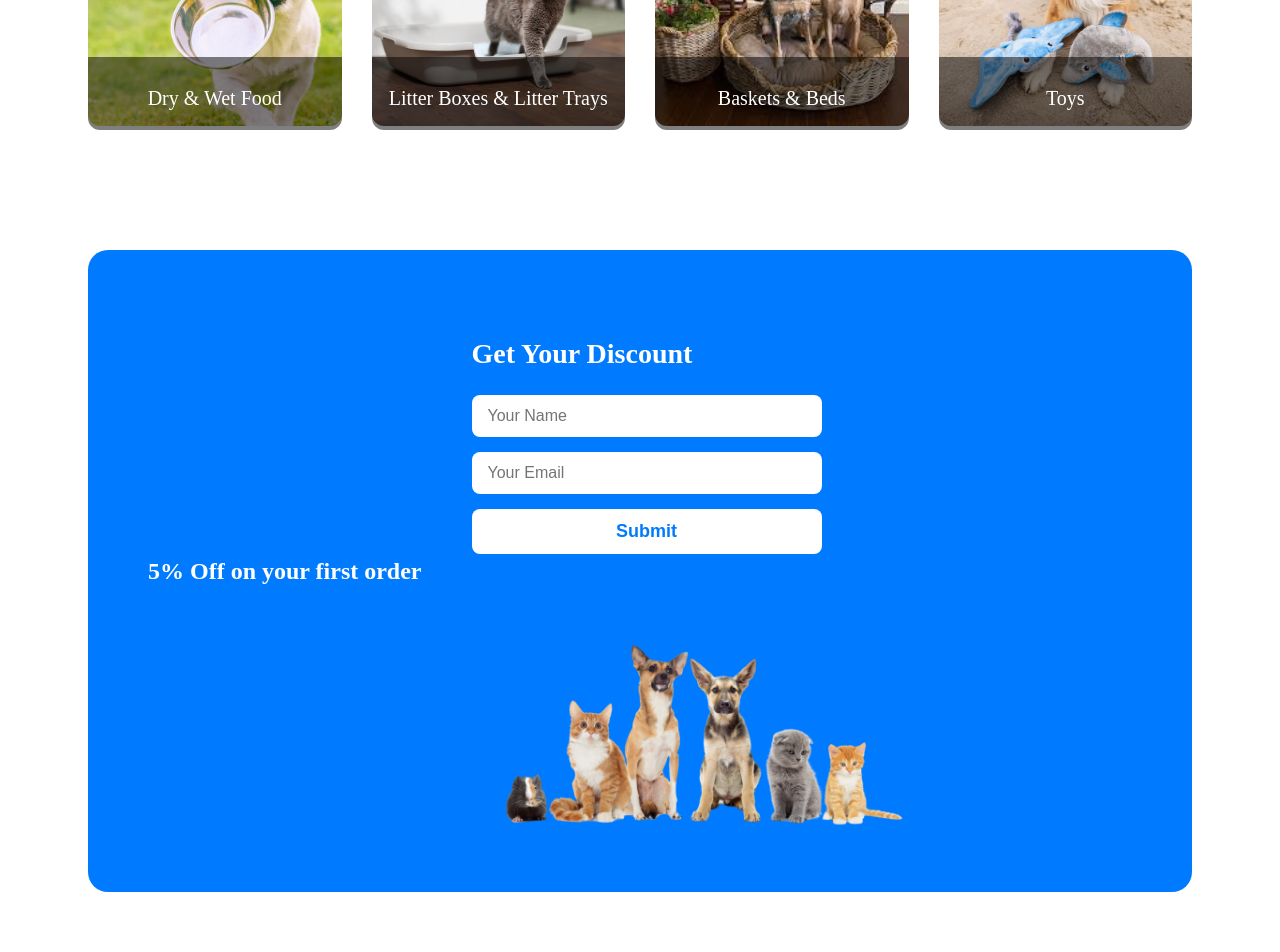
Repository: JuliiaJuliia/pet-shop-frontend
Page: / (app in pet-shop-frontend/)
An editor plug-in stored every save of this project. The page is shown before and after the next save, followed by the edit.
The browser window is 1280 px wide. The pictures show the part of the page from y = 917 to 1869 px (the page is 1869 px tall before and 1731 px after).
The project was rebuilt for these pictures with package versions that can differ from the ones it lists, and the page was loaded fresh each time. Also part of the build but not shown: pet-shop-frontend/vite.config.js, pet-shop-frontend/src/pages/CheckoutPage.jsx, pet-shop-frontend/src/api/axios.js, pet-shop-frontend/src/components/ProductList.jsx.

Above is the page before, as saved 2025-11-06 14:28:07.

### pet-shop-frontend/index.html
<!doctype html>
<html lang="en">
  <head>
    <meta charset="UTF-8" />
    <link rel="icon" type="image/svg+xml" href="/vite.svg" />
    <meta name="viewport" content="width=device-width, initial-scale=1.0" />
    <title>pet-shop-frontend</title>
  </head>
  <body>
    <div id="root"></div>
    <script type="module" src="/src/main.jsx"></script>
  </body>
</html>

### pet-shop-frontend/src/main.jsx
import HomePage from "./pages/HomePage";
import CheckoutPage from "./pages/CheckoutPage";
import React from "react";
import ReactDOM from "react-dom/client";
import { BrowserRouter, Routes, Route } from "react-router-dom";
import Header from "./components/Header/Header.jsx";
import ProductList from "./components/ProductList";

function Categories() {
  return <h2 style={{ textAlign: "center" }}>Categories Page</h2>;
}

function Sales() {
  return <h2 style={{ textAlign: "center" }}>Sales Page</h2>;
}

function Cart() {
  return <h2 style={{ textAlign: "center" }}>Your Cart is empty</h2>;
}

ReactDOM.createRoot(document.getElementById("root")).render(
  <BrowserRouter>
    <Header />
    <Routes>
      <Route path="/" element={<HomePage />} />
      <Route path="/categories" element={<Categories />} />
      <Route path="/products" element={<ProductList />} />
      <Route path="/sales" element={<Sales />} />
      <Route path="/cart" element={<Cart />} />
    </Routes>
  </BrowserRouter>
);

### pet-shop-frontend/src/pages/HomePage.jsx
import React from "react";
import MainBanner from "../components/MainBanner";
import Categories from "../components/Categories";
import DiscountBanner from "../components/DiscountBanner"; // 👈 ось цей рядок

const HomePage = () => {
  return (
    <div>
      <MainBanner />
      <Categories />
      <DiscountBanner />   {/* 👈 він має бути тут */}
    </div>
  );
};

export default HomePage;

### pet-shop-frontend/src/components/Header/Header.jsx
import React from "react";
import { Link } from "react-router-dom";
import "./Header.css";

const Header = () => {
  return (
    <header className="header">
      <div className="header__logo">
        <Link to="/">PetShop 🐾</Link>
      </div>
      <nav className="header__nav">
        <Link to="/">Main Page</Link>
        <Link to="/categories">Categories</Link>
        <Link to="/products">All products</Link>
        <Link to="/sales">All sales</Link>
      </nav>
      <div className="header__cart">
        <Link to="/cart">
        <img src="/icon.svg" alt="Cart" className="header__cart-icon" />
        </Link>
</div>
    </header>
  );
};

export default Header;

### pet-shop-frontend/src/components/MainBanner.jsx
import React from "react";
import { Link } from "react-router-dom";
import "./MainBanner.css";

const MainBanner = () => {
  return (
    <section className="main-banner">
      <div className="main-banner__overlay">
        <div className="main-banner__content">
        <h1>Amazing Discounts <br /> on Pets Products!</h1>
        <Link to="/checkout" className="banner-btn">Check out</Link>
        </div>
      </div>
    </section>
  );
};

export default MainBanner;

### pet-shop-frontend/src/components/Categories.jsx
import React from "react";
import { Link } from "react-router-dom";
import "./Categories.css";

const categories = [
  { id: 1, name: "Dry & Wet Food", image: "/Dog.jpg" },
  { id: 2, name: "Litter Boxes & Litter Trays", image: "/Cat.jpg" },
  { id: 3, name: "Baskets & Beds", image: "/Dogs.jpg" },
  { id: 4, name: "Toys", image: "/Dog and Fish.jpg" },
];

const Categories = () => {
  return (
    <section className="categories">
      <div className="categories__header">
        <h2>Categories</h2>
        <div className="categories__line"></div>

        <Link to="/products" className="all-categories-btn">
          All categories
        </Link>
      </div>

      <div className="categories__grid">
        {categories.map((category) => (
          <div key={category.id} className="category-card">
            <img src={category.image} alt={category.name} />
            <div className="category-card__overlay">
              <p>{category.name}</p>
            </div>
          </div>
        ))}
      </div>
    </section>
  );
};

export default Categories;

### pet-shop-frontend/src/components/DiscountBanner.jsx
import React from "react";
import "./DiscountBanner.css";

const DiscountBanner = () => {
  return (
    <section className="discount-banner">
      <div className="discount-banner__content">
        <h2 className="discount-banner__title">5% Off on your first order</h2>

        <div className="discount-banner__form">
          <h3>Get Your Discount</h3>
          <form>
            <input type="text" placeholder="Your Name" required />
            <input type="email" placeholder="Your Email" required />
            <button type="submit">Submit</button>
          </form>

          <img src="/Pets.jpg" alt="pets" className="discount-banner__image" />
        </div>
      </div>
    </section>
  );
};

export default DiscountBanner;

### pet-shop-frontend/src/components/Header/Header.css
.header {
    display: flex;
    align-items: center;
    justify-content: space-between;
    padding: 20px 60px;
    background-color: #fff;
    box-shadow: 0 2px 5px rgba(0, 0, 0, 0.05);
    position: sticky;
    top: 0;
    z-index: 10;
  }

  .header__logo a {
    font-size: 40px;
    font-weight: 400;
    color: #3d3c3c;
    text-decoration: none;
    display: flex;
    align-items: center;
    gap: 10px;
  }

  .header__nav {
    display: flex;
    gap: 30px;
  }

  .header__nav a {
    font-size: 20px;
    text-decoration: none;
    color: #38383a;
    font-weight: 550;
    transition: 0.3s;
    cursor: url("data:[embedded picture, 129 characters]"), auto;
  }

  .header__nav a:hover {
    color: #24973bf3;
  }

  .cart-icon {
    font-size: 20px;
    text-decoration: none;
  }

  .header__cart-icon {
    width: 30px;
    height: 30px;
    object-fit: contain;
    transition: transform 0.3s ease;
    cursor: url("data:[embedded picture, 129 characters]"), auto;
  }

  .header__cart-icon:hover {
    transform: rotate(10deg) scale(1.15);
  }

### pet-shop-frontend/src/components/MainBanner.css
.main-banner {
  position: relative;
  width: 100%;
  height: 500px;
  background: url("/banner-dog.jpg") center/cover no-repeat;
  display: flex;
  align-items: center;
  justify-content: center;
  border-radius: 10px;
  overflow: hidden;
  margin-bottom: 60px;
}

/* Полупрозрачный шар поверх картинки */
.main-banner__overlay {
  background: rgba(0, 0, 0, 0.35);
  width: 100%;
  height: 100%;
  display: flex;
  align-items: center;
  justify-content: center;
}

/* Текст и кнопка */
.main-banner__content {
  text-align: left;
  color: #fff;
  max-width: 800px;
  padding: 0 40px;
  line-height: 1.1;
  white-space: normal;
  word-break: break-word;
}

.main-banner__content h1 {
  font-size: 54px;
  font-weight: 700;
  line-height: 1.2;
  margin-bottom: 40px;
}


.main-banner__button {
  background-color: #53b955df;
  color: rgb(255, 255, 255);
  border: none;
  border-radius: 6px;
  font-size: 18px;
  padding: 14px 30px;
  cursor: pointer;
  transition: all 0.3s ease;
  cursor: url("data:[embedded picture, 129 characters]"), auto;
}

.main-banner__button:hover {
  background-color: #24973b91;
  ;
  transform: scale(1.05);
}

.banner-btn {
  display: inline-block;
  background-color: #53b955df;
  color: white;
  border: none;
  border-radius: 6px;
  font-size: 18px;
  padding: 14px 30px;
  text-decoration: none;
  text-align: center;
  cursor: pointer;
  transition: all 0.3s ease;
}

.banner-btn:hover {
  background-color: #24973b91;
  transform: scale(1.05);
}

### pet-shop-frontend/src/components/Categories.css
.categories {
    padding: 0px 80px 60px;
    background-color: #fff;
  }

  .categories__title {
    font-size: 36px;
    font-weight: 600;
    margin-bottom: 30px;
    color: #222;
  }

  .categories__grid {
    display: grid;
    grid-template-columns: repeat(auto-fit, minmax(220px, 1fr));
    gap: 30px;
    justify-items: center;
  }

  .category-card {
    position: relative;
    width: 100%;
    max-width: 260px;
    border-radius: 12px;
    overflow: hidden;
    cursor: url("data:[embedded picture, 129 characters]"), auto;
    transition: transform 0.3s ease;
  }

  .category-card img {
    width: 100%;
    height: 260px;
    object-fit: cover;
    border-radius: 12px;
  }

  .category-card__overlay {
    position: absolute;
    display: flex;
    justify-content: center;
    align-items: center;
    text-align: center;
    bottom: 0;
    left: 0;
    right: 0;
    background: rgba(0, 0, 0, 0.5);
    color: #fff;
    font-size: 20px;
    font-weight: 500;
    padding-top: 10px;
    transition: background 0.3s ease;
  }

  .category-card:hover {
    transform: scale(1.05);
  }

  .category-card:hover .category-card__overlay {
    background: rgba(0, 0, 0, 0.7);
  }

  .categories__header {
    display: flex;
    align-items: center;
    justify-content: space-between;
    position: relative;
    margin-bottom: 30px;
  }

  .categories__header h2 {
    font-size: 35px;
    font-weight: 700;
    color: #222;
    letter-spacing: 1.5px;
    background-color: #fff;
    padding-right: 15px;
    z-index: 1;
  }

  .categories__line {
    position: absolute;
    left: 0;
    right: 0;
    height: 1px;
    background-color: #ddd;
    top: 50%;
    transform: translateY(-50%);
    z-index: 0;
  }

  .all-categories-btn {
    display: inline-flex;
    align-items: center;
    justify-content: center;
    background-color: #fff;
    border: 1px solid #ccc;
    border-radius: 6px;
    padding: 6px 14px;
    font-size: 13px;
    font-weight: 500;
    color: #333;
    text-decoration: none;
    outline: none;
    cursor: pointer;
    z-index: 1;
    transition: all 0.3s ease;
  }

  .all-categories-btn:hover {
    background-color: #53b955cd;
    color: #fff;
    border-color: #24973b91;
    transform: scale(1.05);
    cursor: url("/paw-cursor.png"), auto;
    cursor: url("data:[embedded picture, 129 characters]"), auto;
  }

### pet-shop-frontend/src/components/DiscountBanner.css
.discount-banner {
    background-color: #007bff;
    color: #fff;
    border-radius: 20px;
    margin: 60px 80px;
    padding: 60px;
    display: flex;
    justify-content: center;
    align-items: center;
    text-align: center;
  }

  /* Основний контейнер */
  .discount-banner__content {
    display: flex;
    justify-content: space-between;
    align-items: center;
    width: 100%;
    gap: 50px;
  }

  /* Ліва частина (текст + картинка) */
  .discount-banner__left {
    flex: 1;
    display: flex;
    flex-direction: column;
    align-items: center;
    justify-content: center;
  }

  .discount-banner__left h2 {
    font-size: 68px;
    font-weight: 700;
    margin: 0;
    letter-spacing: 3px;
  }

  .discount-banner__left p {
    font-size: 26px;
    margin: 10px 0 30px;
  }

  .discount-banner__image {
    width: 80%;
    max-width: 450px;
    margin-top: 25px;
    border-radius: 12px;
    object-fit: contain;
  }

  /* Права частина (форма) */
  .discount-banner__form {
    flex: 1;
    background: transparent; /* 👈 без білого фону */
    color: #fff;
    text-align: left;
    display: flex;
    flex-direction: column;
    justify-content: center;
    align-items: flex-start;
  }

  .discount-banner__form h3 {
    font-size: 28px;
    margin-bottom: 25px;
    color: #fff;
  }

  .discount-banner__form form {
    display: flex;
    flex-direction: column;
    gap: 15px;
    width: 100%;
    max-width: 350px;
  }

  .discount-banner__form input {
    padding: 12px 16px;
    border-radius: 8px;
    border: none;
    font-size: 16px;
    outline: none;
  }

  .discount-banner__form button {
    background-color: #fff;
    color: #007bff;
    border: none;
    border-radius: 8px;
    padding: 12px 20px;
    font-size: 18px;
    font-weight: 600;
    cursor: pointer;
    transition: 0.3s;
  }

  .discount-banner__form button:hover {
    background-color: #f0f0f0;
    transform: scale(1.05);
    cursor: url("data:[embedded picture, 129 characters]"), auto;
  }

After the next save:
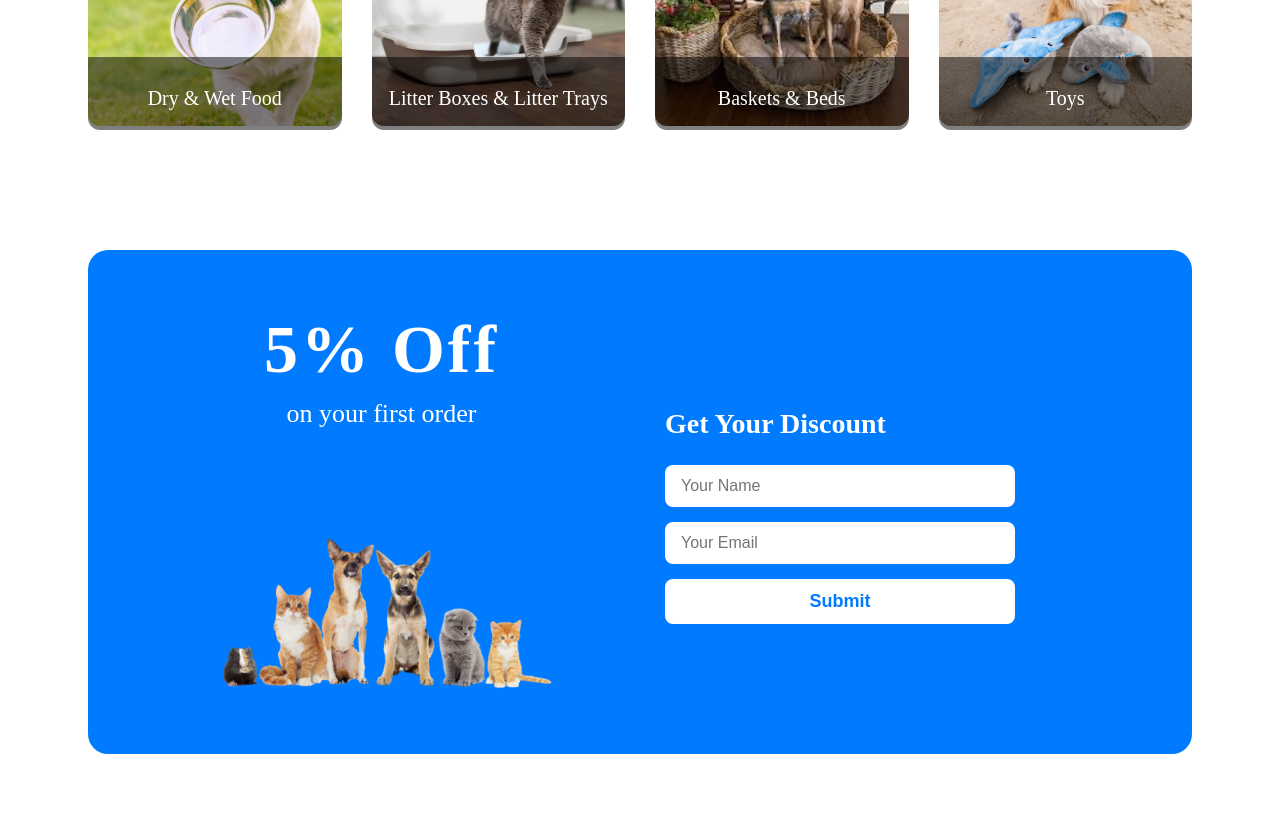
Saved 71 s later.
--- a/pet-shop-frontend/src/components/DiscountBanner.jsx
+++ b/pet-shop-frontend/src/components/DiscountBanner.jsx
@@ -5,7 +5,11 @@ const DiscountBanner = () => {
   return (
     <section className="discount-banner">
       <div className="discount-banner__content">
-        <h2 className="discount-banner__title">5% Off on your first order</h2>
+        <div className="discount-banner__left">
+          <h2>5% Off</h2>
+          <p>on your first order</p>
+          <img src="/Pets.jpg" alt="pets" className="discount-banner__image" />
+        </div>
 
         <div className="discount-banner__form">
           <h3>Get Your Discount</h3>
@@ -14,8 +18,6 @@ const DiscountBanner = () => {
             <input type="email" placeholder="Your Email" required />
             <button type="submit">Submit</button>
           </form>
-
-          <img src="/Pets.jpg" alt="pets" className="discount-banner__image" />
         </div>
       </div>
     </section>
